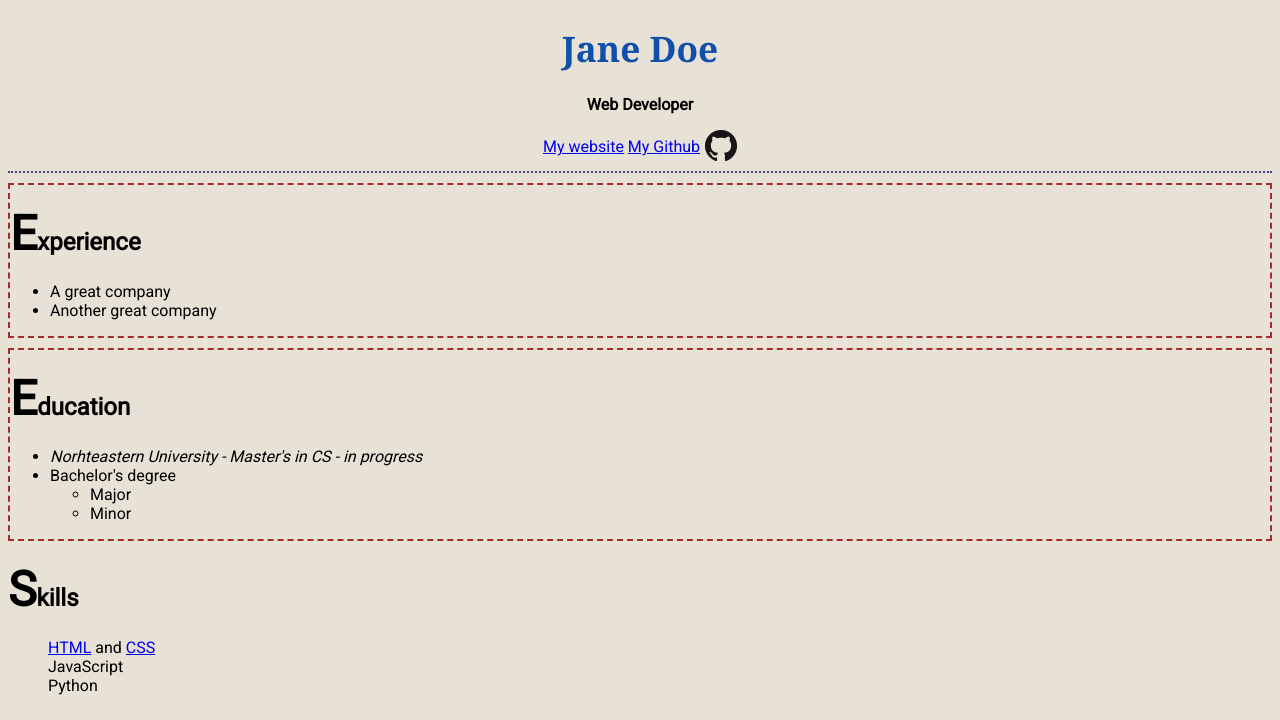
Repository: liulian26/CS5610
Page: week3/index.html
These files come from the project's save history. The page is drawn as it stood at one moment and after the next save; the edit follows.
The browser window is 1280 px wide. The pictures show the whole page.

Above is the page before, as saved 2025-01-23 12:53:40.

### week3/index.html
<!DOCTYPE html>
<html lang="en">
  <head>
    <meta charset="UTF-8" />
    <title>My Resume</title>
    <link rel="stylesheet" href="css/styles.css" />
  </head>

  <body>
    <header>
      <h1>Jane Doe</h1>
      <p id="role">Web Developer</p>
      <a href="https://Northeastern.edu">My website</a>
      <a href="https://github.com">My Github</a>
    </header>

    <main>
      <section class="experience">
        <h2>Experience</h2>
        <ul>
          <li>A great company</li>
          <li>Another great company</li>
        </ul>
      </section>


      <section class="education">
        <h2>Education</h2>
        <ul class="education-list">
          <li>Norhteastern University - Master's in CS - in progress</li>
          <li>
            Bachelor's degree
            <ul>
              <li>Major</li>
              <li>Minor</li>
            </ul>
          </li>
        </ul>
      </section>

      <section class="skills">
        <h2>Skills</h2>
        <ul>
          <li>
            <a href="https://en.wikipedia.org/wiki/HTML"> HTML</a> and
            <a href="https://en.wikipedia.org/wiki/CSS">CSS </a>
          </li>
          <li>JavaScript</li>
          <li>Python</li>
        </ul>
      </section>
    </main>
  </body>
</html>

### week3/css/styles.css
@import url('https://fonts.googleapis.com/css2?family=Roboto:wght@400&display=swap');

header {
    text-align: center;
    border-bottom: 2px dotted darkslateblue;
    padding-bottom: 5px;

}

#role {
    font-weight: bold;
}

h1 {
    color: #1050aa;
    font-family: Georgia, 'Times New Roman', Times, serif;
    font-size: 2.2em;
}


body {
    background-color: rgb(231, 225, 214);
    font-family: 'Roboto', sans-serif;
}

.experience {
    border: 2px dashed brown;
    margin: 10px 0;
}

.education {
    border: 2px dashed brown;
    margin: 10px 0;
}

a[href*="github"]:hover {
    color: crimson;
}

a[href*="github"]::after {
    content: url(../images/GitHub-Mark-32px.png);
    margin-left: 5px;
    vertical-align: middle;
}

h2::first-letter {
    font-size: 3rem;
}

header a :last-child {
    margin-left: 20px;
}

.education .education-list > li:first-child {
    font-style: italic;
  }

  .skills li {
    list-style-type: none;
  }

After the next save:
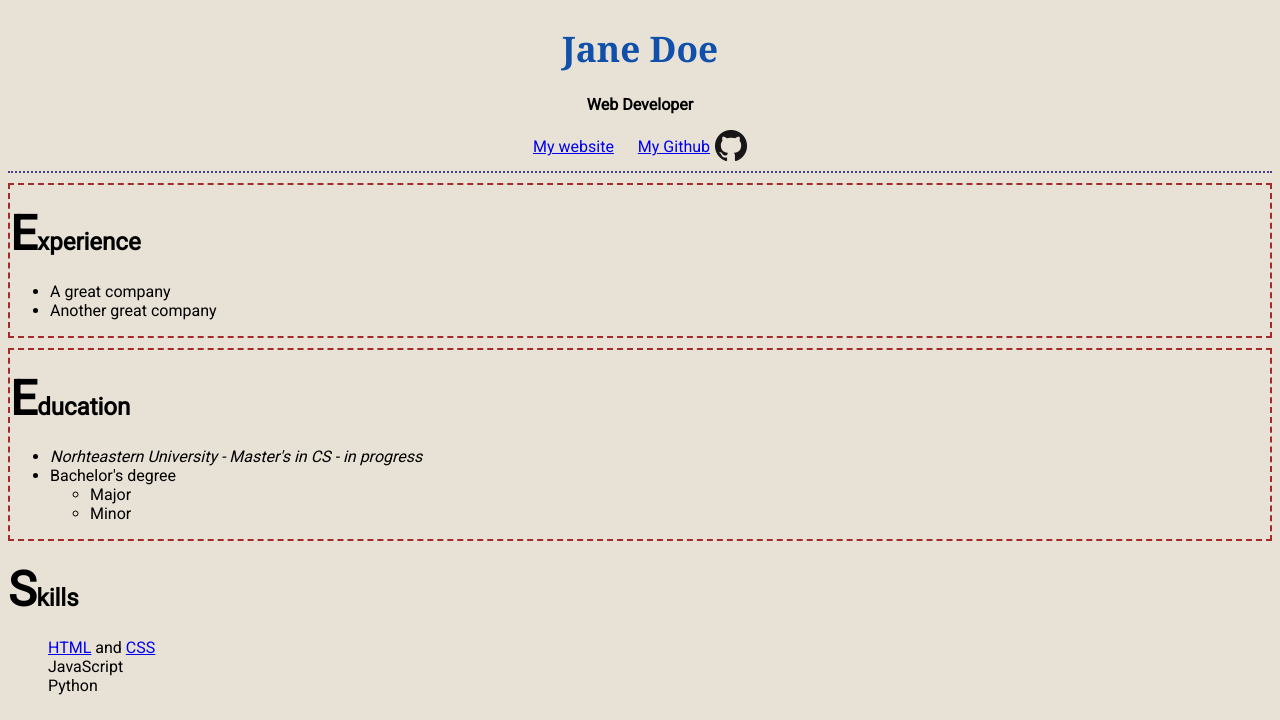
Saved 8 h 43 min later.
--- a/week3/css/styles.css
+++ b/week3/css/styles.css
@@ -47,9 +47,10 @@ h2::first-letter {
     font-size: 3rem;
 }
 
-header a :last-child {
+header a:nth-of-type(2) {
     margin-left: 20px;
 }
+
 
 .education .education-list > li:first-child {
     font-style: italic;
